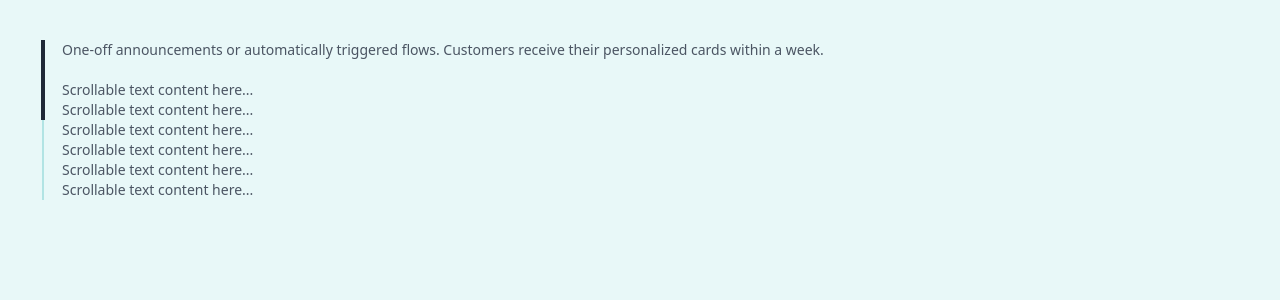
Repository: trusha97/postpilot
Page: scroll.html
These files come from the project's save history. The page is drawn as it stood at one moment and after the next save; the edit follows.
The browser window is 1280 px wide. The pictures show the whole page.
Some web libraries are served in a nearby version.

Above is the page before, as saved 2025-05-19 10:18:32.

### scroll.html
<!DOCTYPE html>
<html lang="en">
<head>
  <meta charset="UTF-8" />
  <meta name="viewport" content="width=device-width, initial-scale=1.0"/>
  <title>Scrolling Line with Paragraph</title>
  <script src="https://cdn.tailwindcss.com"></script>
  <style>
    .custom-scroll::-webkit-scrollbar {
      width: 4px;
    }
    .custom-scroll::-webkit-scrollbar-thumb {
      background-color: #94d3ce;
      border-radius: 4px;
    }
  </style>
</head>
<body class="bg-[#e8f8f8] p-10">

  <div class="flex space-x-4 h-40">
    <!-- Scrollable container for both line and text -->
    <div class="overflow-y-auto h-full flex space-x-4 custom-scroll w-full">

      <!-- Left scrollable line -->
      <div class="flex flex-col items-center min-w-[6px]">
        <div class="w-1 h-32 bg-gray-800"></div>
        <div class="w-0.5 h-32 bg-[#b2e4e4]"></div>
      </div>

      <!-- Scrollable text -->
      <div class="text-sm text-gray-600 pr-2 w-full">
        One-off announcements or automatically triggered flows. Customers receive their personalized cards within a week.
        <br /><br />
        Scrollable text content here... <br />
        Scrollable text content here... <br />
        Scrollable text content here... <br />
        Scrollable text content here... <br />
        Scrollable text content here... <br />
        Scrollable text content here... <br />
        Scrollable text content here... <br />
        Scrollable text content here... <br />
        Scrollable text content here... <br />
        Scrollable text content here... <br />
        Scrollable text content here... <br />
        Scrollable text content here... <br />
        Scrollable text content here... <br />
        Scrollable text content here... <br />
        Scrollable text content here... <br />
        Scrollable text content here... <br />
        Scrollable text content here... <br />
      </div>

    </div>
  </div>

</body>
</html>

After the next save:
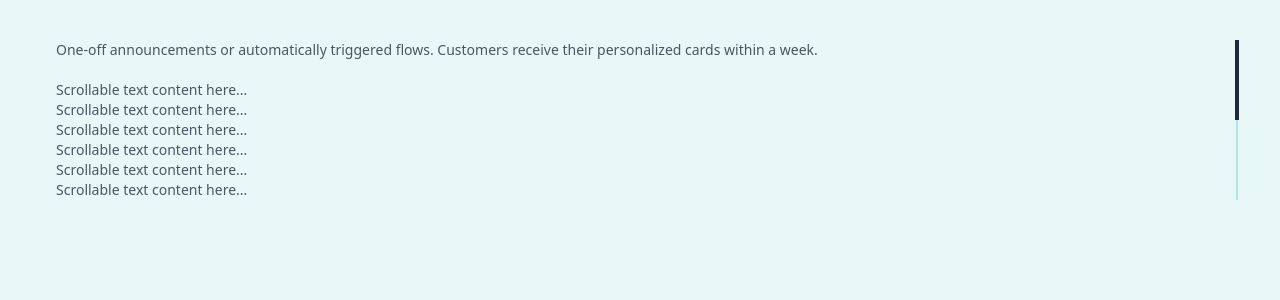
Saved 3 min 15 s later.
--- a/scroll.html
+++ b/scroll.html
@@ -3,15 +3,29 @@
 <head>
   <meta charset="UTF-8" />
   <meta name="viewport" content="width=device-width, initial-scale=1.0"/>
-  <title>Scrolling Line with Paragraph</title>
+  <title>Custom Left Scroll</title>
   <script src="https://cdn.tailwindcss.com"></script>
   <style>
-    .custom-scroll::-webkit-scrollbar {
-      width: 4px;
+    /* Left side custom scrollbar */
+    .left-scroll::-webkit-scrollbar {
+      width: 6px;
     }
-    .custom-scroll::-webkit-scrollbar-thumb {
-      background-color: #94d3ce;
-      border-radius: 4px;
+
+    .left-scroll::-webkit-scrollbar-track {
+      background: transparent;
+    }
+
+    .left-scroll::-webkit-scrollbar-thumb {
+      background-color: #1f2937; /* dark black/gray-800 */
+      border-radius: 10px;
+    }
+
+    .left-scroll {
+      direction: rtl; /* important for scrollbar to show on left */
+    }
+
+    .left-scroll > * {
+      direction: ltr; /* so content stays LTR while scrollbar stays left */
     }
   </style>
 </head>
@@ -19,7 +33,7 @@
 
   <div class="flex space-x-4 h-40">
     <!-- Scrollable container for both line and text -->
-    <div class="overflow-y-auto h-full flex space-x-4 custom-scroll w-full">
+    <div class="overflow-y-auto h-full flex space-x-4 w-full left-scroll">
 
       <!-- Left scrollable line -->
       <div class="flex flex-col items-center min-w-[6px]">
